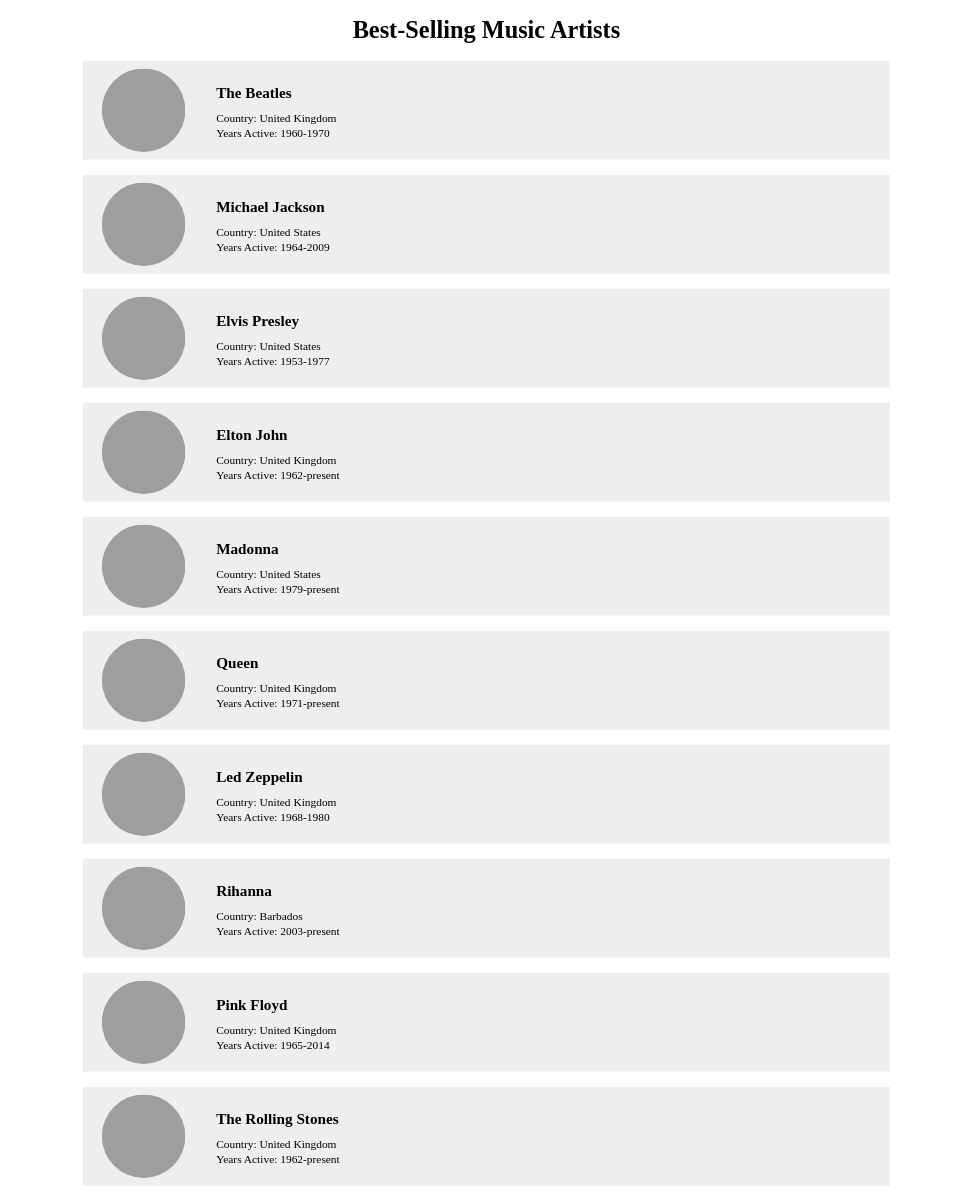
Repository: SamanthaYan298/my_artists
Page: /
An editor plug-in stored every save of this project. The page is shown before and after the next save, followed by the edit.
The browser window is 1280 px wide. The pictures show the whole page, at 76% of full size.
Pictures or frames that could not be fetched are drawn as grey boxes. The project was rebuilt for these pictures with package versions that can differ from the ones it lists, and the page was loaded fresh each time. Also part of the build but not shown: vite.config.js.

Above is the page before, as saved 2024-09-18 08:16:30.

After the next save:
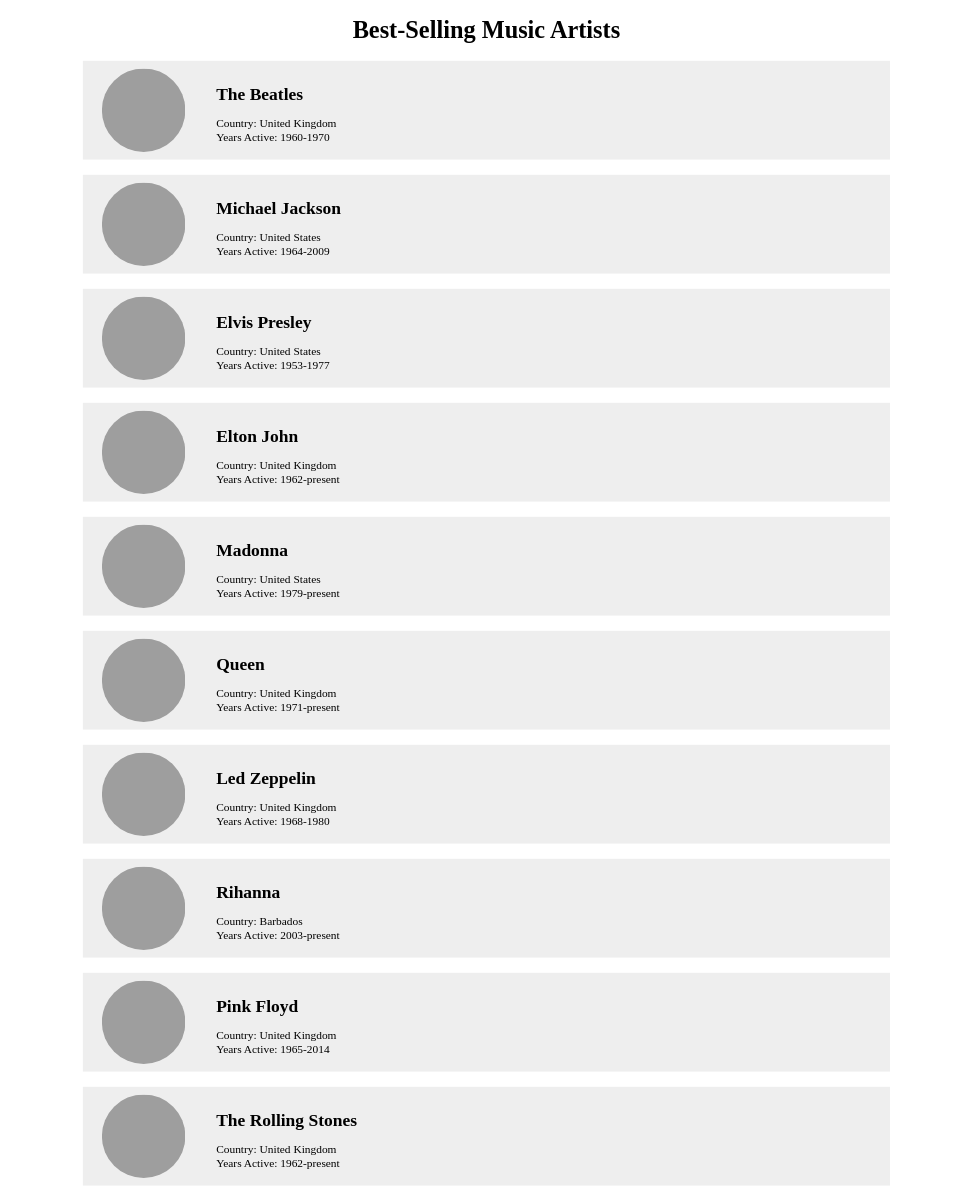
Saved 5 s later.
--- a/src/index.css
+++ b/src/index.css
@@ -19,5 +19,5 @@
 
 .names {
     padding: 10px 0;
-    font-size: 20px;
+    font-size: 23px;
 }
